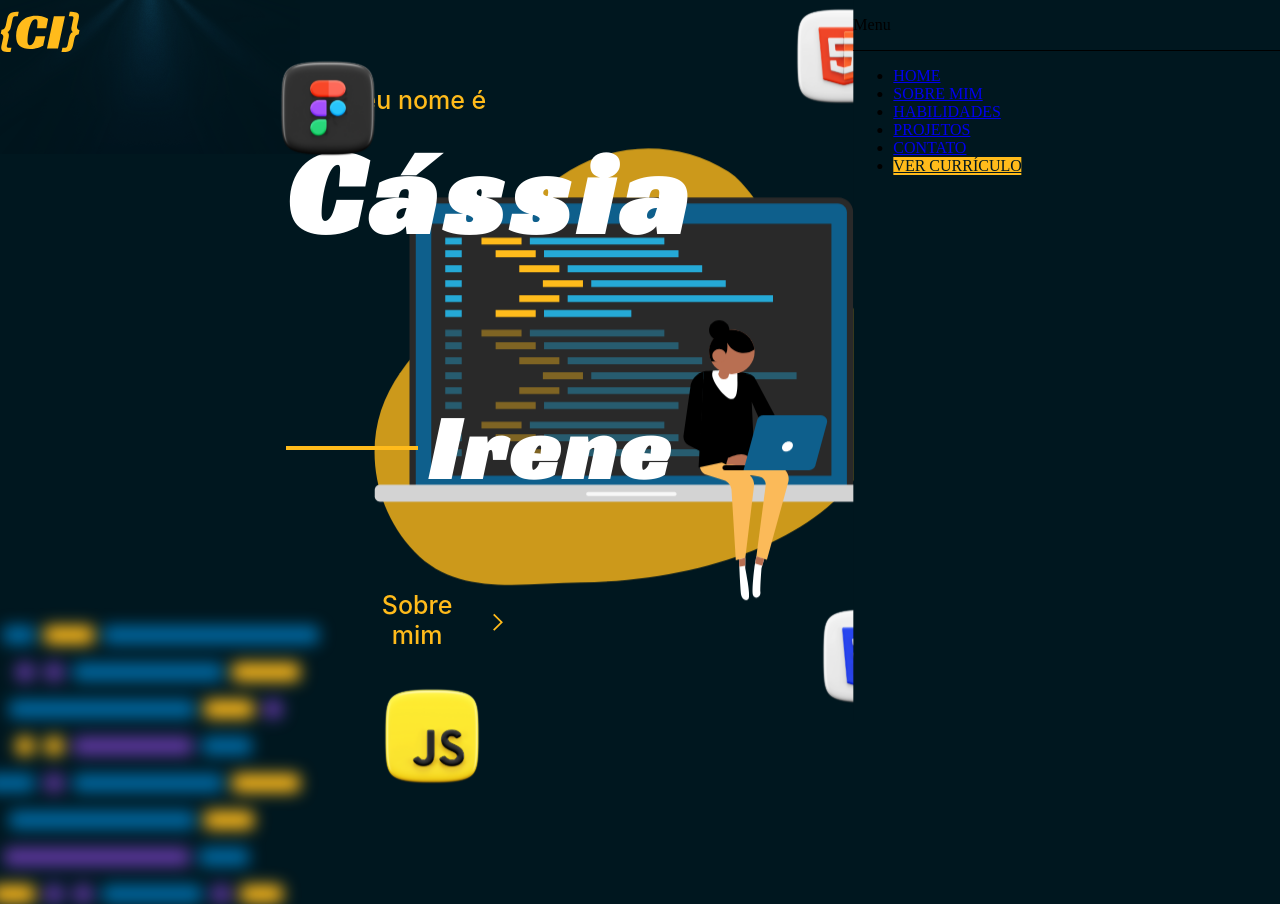
Repository: Cassia-Irene/My-Portfolio
Page: /
These files come from the project's save history. The page is drawn as it stood at one moment and after the next save; the edit follows.
The browser window is 1280 px wide. The pictures show the whole page.
The project was rebuilt for these pictures with package versions that can differ from the ones it lists, and the page was loaded fresh each time. Also part of the build but not shown: vite.config.ts.

Above is the page before, as saved 2025-12-09 02:58:53.

After the next save:
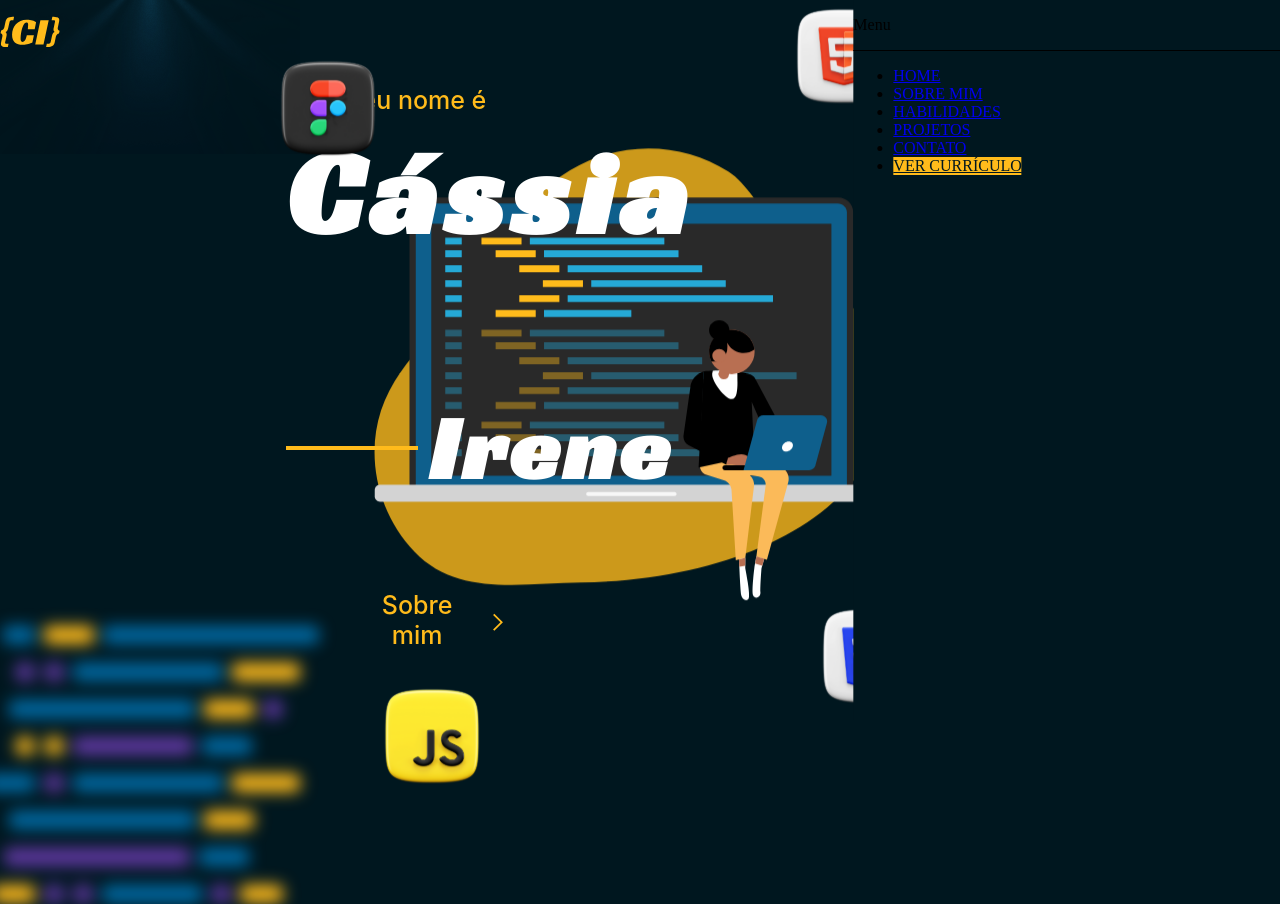
Saved 22 s later.
--- a/src/Header.tsx
+++ b/src/Header.tsx
@@ -39,7 +39,7 @@ const Header: React.FC = () => {
           <img
             src={LogoImg}
             alt="Logo"
-            className="w-[80px] h-[64px] md:w-[80px] md:h-[64px]"
+            className="w-[60px] h-[64px] md:w-[80px] md:h-[64px]"
           />
         </a>
 
